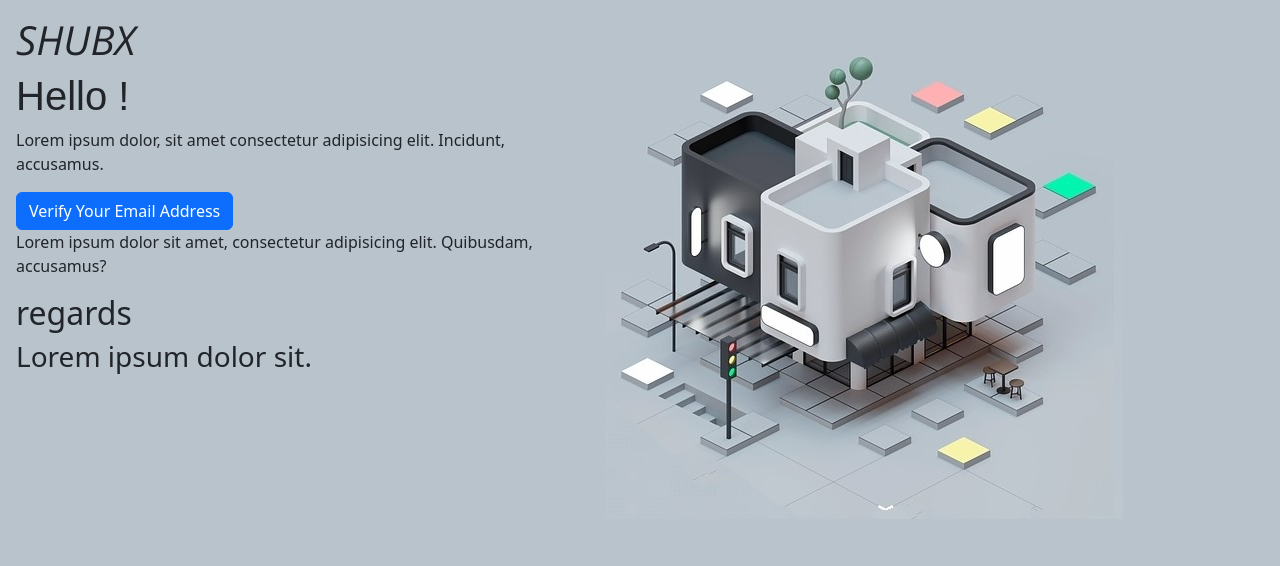
Repository: Aayush919/taskui
Page: index.html
The author's editor kept a copy of each file at every save. The page is drawn from the files as they stood at one save, then again after the next save.
The browser window is 1280 px wide. The pictures show the whole page.
Some web fonts or font styles are not loaded; a fallback is used.

Above is the page before, as saved 2024-01-12 14:53:56.

### index.html
<!DOCTYPE html>
<html lang="en">

<head>
    <meta charset="utf-8">
    <meta name="viewport" content="width=device-width, initial-scale=1">
    <title>Bootstrap demo</title>
    <link href="https://cdn.jsdelivr.net/npm/bootstrap@5.3.2/dist/css/bootstrap.min.css" rel="stylesheet"
        integrity="sha384-T3c6CoIi6uLrA9TneNEoa7RxnatzjcDSCmG1MXxSR1GAsXEV/Dwwykc2MPK8M2HN" crossorigin="anonymous">
    <link rel="stylesheet" href="style.css">
    <style>
        .right img {
            max-width: 100%;
            height: auto;
        }
    </style>
</head>

<body >

    <div class="bg-light custom-bg ">
    <div class="container-fluid custom-bg p-3">
        <div class="row">
            <div class="col-lg-6 left">
                <div class="top">
                    <h1 class="title">Shubx</h1>
                    <h1 class="hello">Hello !</h1>
                    <p>Lorem ipsum dolor, sit amet consectetur adipisicing elit. Incidunt, accusamus.</p>
                    <button class="btn btn-primary">Verify Your Email Address</button>
                    <p>Lorem ipsum dolor sit amet, consectetur adipisicing elit. Quibusdam, accusamus?</p>
                    <h2>regards</h2>
                    <h3>Lorem ipsum dolor sit.</h3>
                </div>
            </div>
            <div class="col-lg-6 right">
                <img src="./bg.jpg" alt="Background Image" class="img-fluid">
            </div>
        </div>
    </div>
    </div>

    <script src="https://cdn.jsdelivr.net/npm/bootstrap@5.3.2/dist/js/bootstrap.bundle.min.js"
        integrity="sha384-C6RzsynM9kWDrMNeT87bh95OGNyZPhcTNXj1NW7RuBCsyN/o0jlpcV8Qyq46cDfL"
        crossorigin="anonymous"></script>
</body>

</html>

### style.css
@import url('https://fonts.googleapis.com/css2?family=Open+Sans:ital,wght@1,300&display=swap');
@import url('https://fonts.googleapis.com/css2?family=Open+Sans:ital,wght@1,300&family=Salsa&display=swap');



* {
    margin: 0;
    padding: 0;
    box-sizing: border-box;

}


html,
body {
    height: 100%;
    width: 100%;

}

.custom-bg {
    background-color: #B9C3CC;
    min-height: 100vh;
    width: 100%;
    display: flex;
    justify-content: space-between;


}

.title{
    font-family: 'Open Sans', sans-serif;
    text-transform: uppercase;
}

.hello{
    font-family: 'Salsa',sans-serif;
}

After the next save:
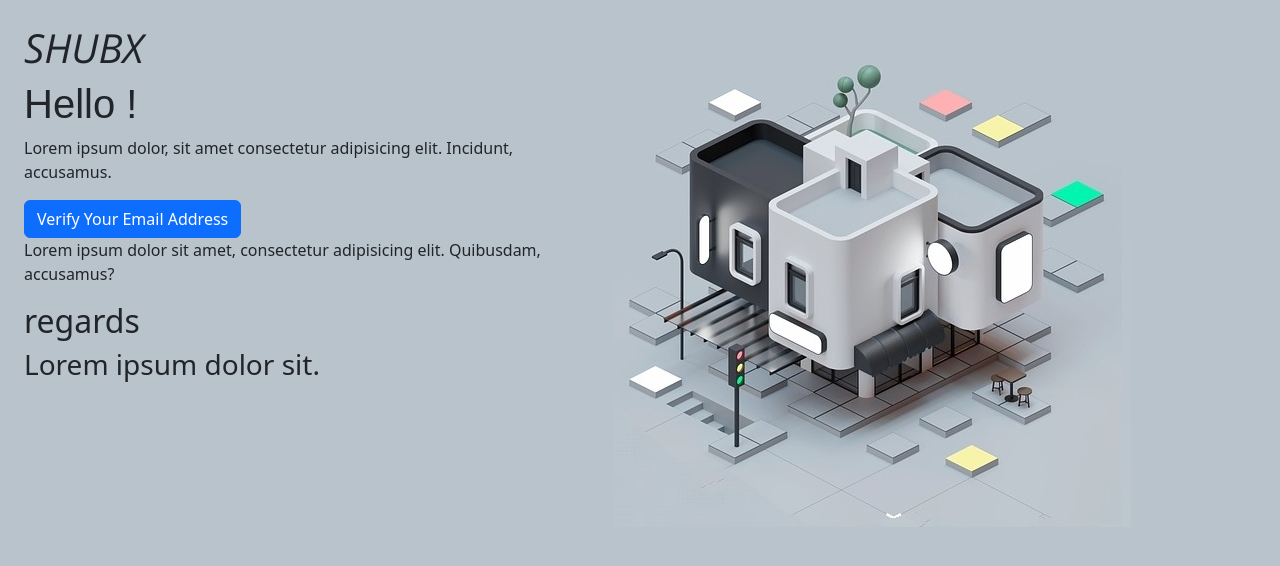
Saved 4 s later.
--- a/index.html
+++ b/index.html
@@ -19,7 +19,7 @@
 <body >
 
     <div class="bg-light custom-bg ">
-    <div class="container-fluid custom-bg p-3">
+    <div class="container-fluid custom-bg p-4">
         <div class="row">
             <div class="col-lg-6 left">
                 <div class="top">
